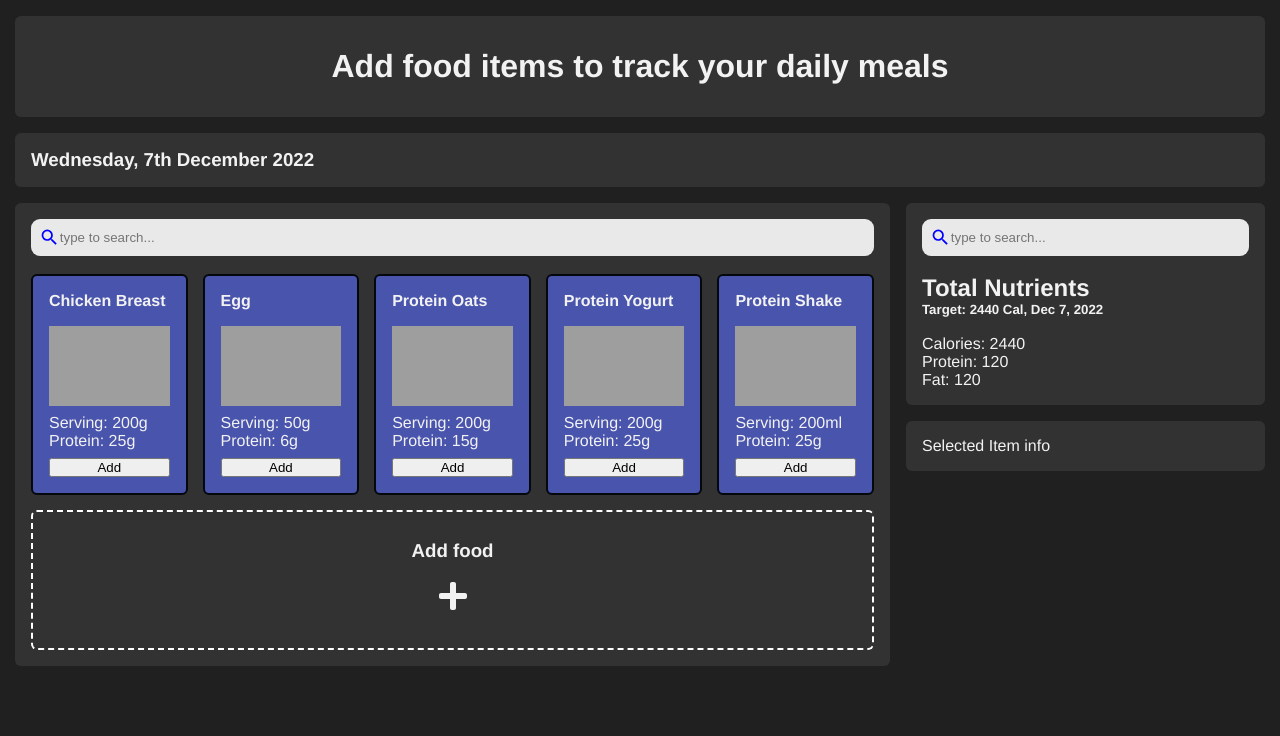
Repository: CEEPREL/NutritionTracker
Page: /
The author's editor kept a copy of each file at every save. The page is drawn from the files as they stood at one save, then again after a run of saves.
The browser window is 1280 px wide. The pictures show the whole page.
Pictures or frames that could not be fetched are drawn as grey boxes. The project was rebuilt for these pictures with package versions that can differ from the ones it lists, and the page was loaded fresh each time. Also part of the build but not shown: vite.config.js.

Above is the page before, as saved 2022-12-08 21:59:01.

After the next 3 saves:
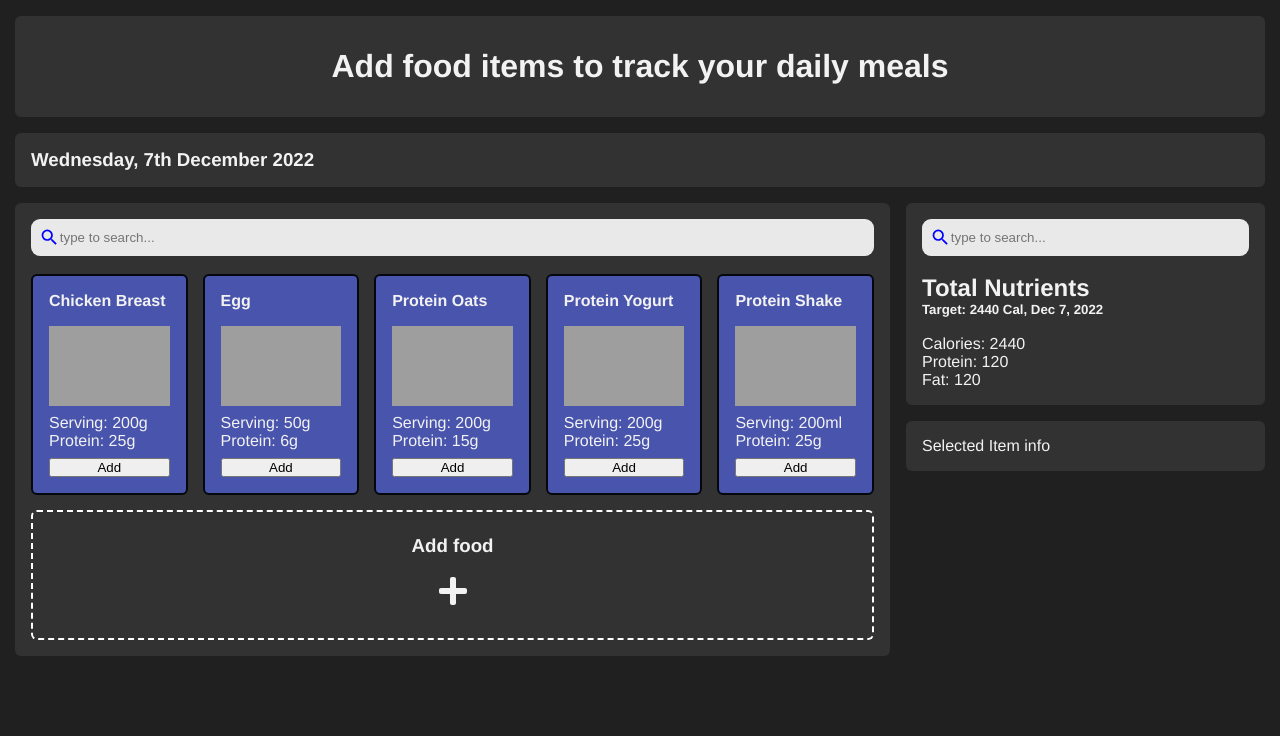
The 3 saves are shown as one change because they came seconds apart.
The last was saved 12 s later.
--- a/src/App.css
+++ b/src/App.css
@@ -97,7 +97,7 @@ body {
   padding-bottom: 0.5rem;
 }
 .new-card{
-  min-height:140px;
+  min-height:130px;
   min-width:  16rem;
   border-radius: 6px;
   border: 2px dashed rgb(255, 255, 255);
